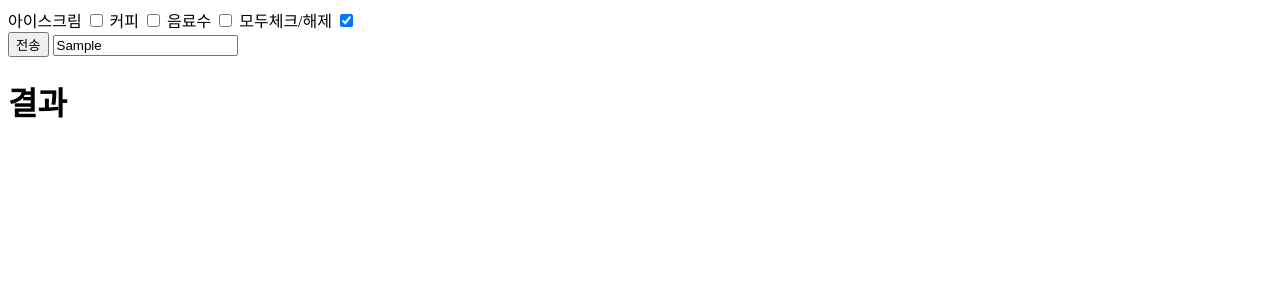
Repository: sonic247897/multicampus-web
Page: clientweb/WebContent/js_bom/js_check_test.html
These files come from the project's save history. The page is drawn as it stood at one moment and after the next save; the edit follows.
The browser window is 1280 px wide. The pictures show the whole page.
Empty fields were first filled with sample values (such as "Sample", 5 or name@example.com).
After loading, the first visible `#allchk` was clicked once.

Above is the page before, as saved 2020-01-08 07:22:59.

### clientweb/WebContent/js_bom/js_check_test.html
<!DOCTYPE html>
<html>
<head>
<meta charset="EUC-KR">
	<title>Insert title here</title>
	<script type="text/javascript">
		//모두 선택이라는 버튼을 누르면 food라는 name으로 정의된 checkbox를 제어
		function allcheck(){
			//food라는 이름으로 정의된 checkbox가 여러개 - "내부에서 배열로 관리"
			mycheck = document.cbfmt.food;
			alert(mycheck);
			alert(mycheck.length);
			// DOM 관련 메소드
			//mydiv = document.getElementById("result"); //getter
			// innerHTML은 문자열 컨텐츠 추가 - 기존의 컨텐츠 위에 출력(document.write와 같다)
			// 표준x: div, p, span태그에서만 사용가능
			document.getElementById("result").innerHTML
					= "<h1>결과</h1>";
		}
		function printText(){
			myval = cbfmt.test.value; //value가 오른쪽에 있으므로 getter
			alert(myval);

		}
	</script>
</head>

<body>
<!-- 서식(center가운데정렬) 같은것은 CSS에서 하도록 권장되므로 warning  -->
		<form name="cbfmt">
			<label>아이스크림</label>
			<input type="checkbox" name="food" value="아이스크림" id="ice">

			<label>커피</label>
			<input type="checkbox" name="food" value="커피" id="coffee">

			<label>음료수</label>
			<input type="checkbox" name="food" value="음료수" id="beverage">

			<!-- 체크박스 앞에 옴 -->
			<label>모두체크/해제</label>
			<input type="checkbox" name="allchk" id="allchk" onclick="allcheck()">

			<br>
			<input type="button" value="전송" onclick="ckFunc()">
			<input type="text" name="test" onkeyup="printText()">
		</form>
		<!-- div는 일반텍스트이고 브라우저 객체로 접근할 수 없으므로 DOM으로 접근해야 한다. -->
		<div id="result">
		</div>
</body>
</html>

After the next save:
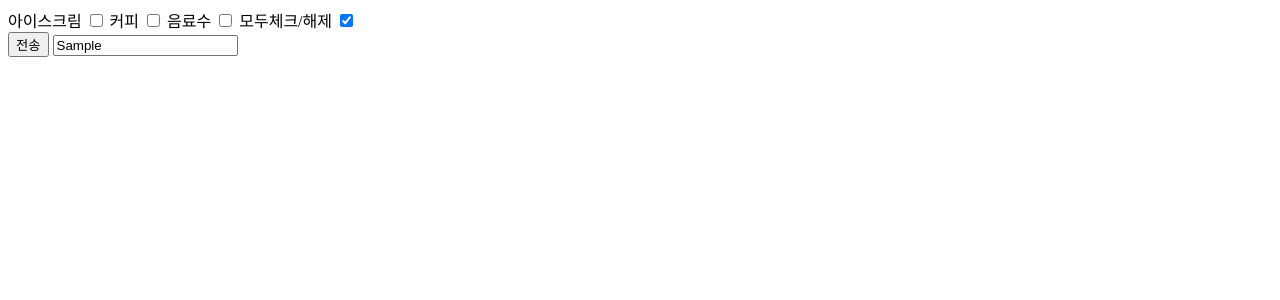
Console error: ReferenceError: myval is not defined
Saved 55 s later.
--- a/clientweb/WebContent/js_bom/js_check_test.html
+++ b/clientweb/WebContent/js_bom/js_check_test.html
@@ -15,7 +15,7 @@
 			// innerHTML은 문자열 컨텐츠 추가 - 기존의 컨텐츠 위에 출력(document.write와 같다)
 			// 표준x: div, p, span태그에서만 사용가능
 			document.getElementById("result").innerHTML
-					= "<h1>결과</h1>";
+					= "<h1>"+myval+"</h1>";
 		}
 		function printText(){
 			myval = cbfmt.test.value; //value가 오른쪽에 있으므로 getter

After the 3 saves that followed:
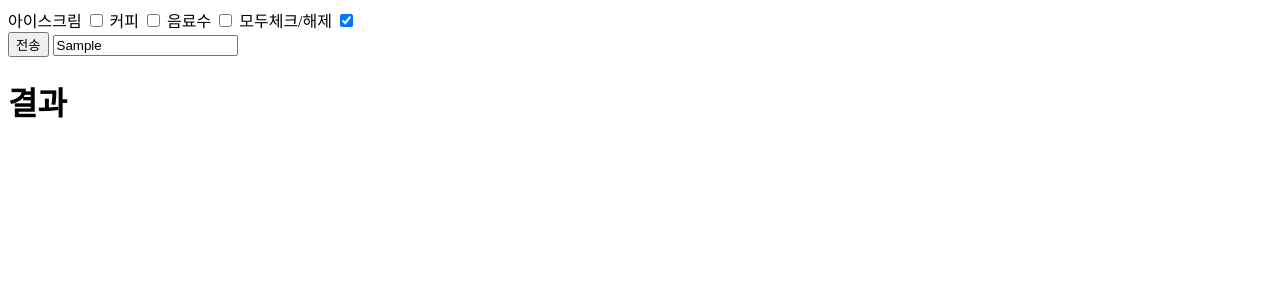
The error is gone.
The 3 saves are shown as one change because 2 left the picture as it was.
The last was saved 16 s later.
--- a/clientweb/WebContent/js_bom/js_check_test.html
+++ b/clientweb/WebContent/js_bom/js_check_test.html
@@ -15,12 +15,12 @@
 			// innerHTML은 문자열 컨텐츠 추가 - 기존의 컨텐츠 위에 출력(document.write와 같다)
 			// 표준x: div, p, span태그에서만 사용가능
 			document.getElementById("result").innerHTML
-					= "<h1>"+myval+"</h1>";
+					= "<h1>결과</h1>";
 		}
 		function printText(){
 			myval = cbfmt.test.value; //value가 오른쪽에 있으므로 getter
-			alert(myval);
-
+			document.getElementById("result").innerHTML
+			= "<h1>"+myval+"</h1>";
 		}
 	</script>
 </head>
